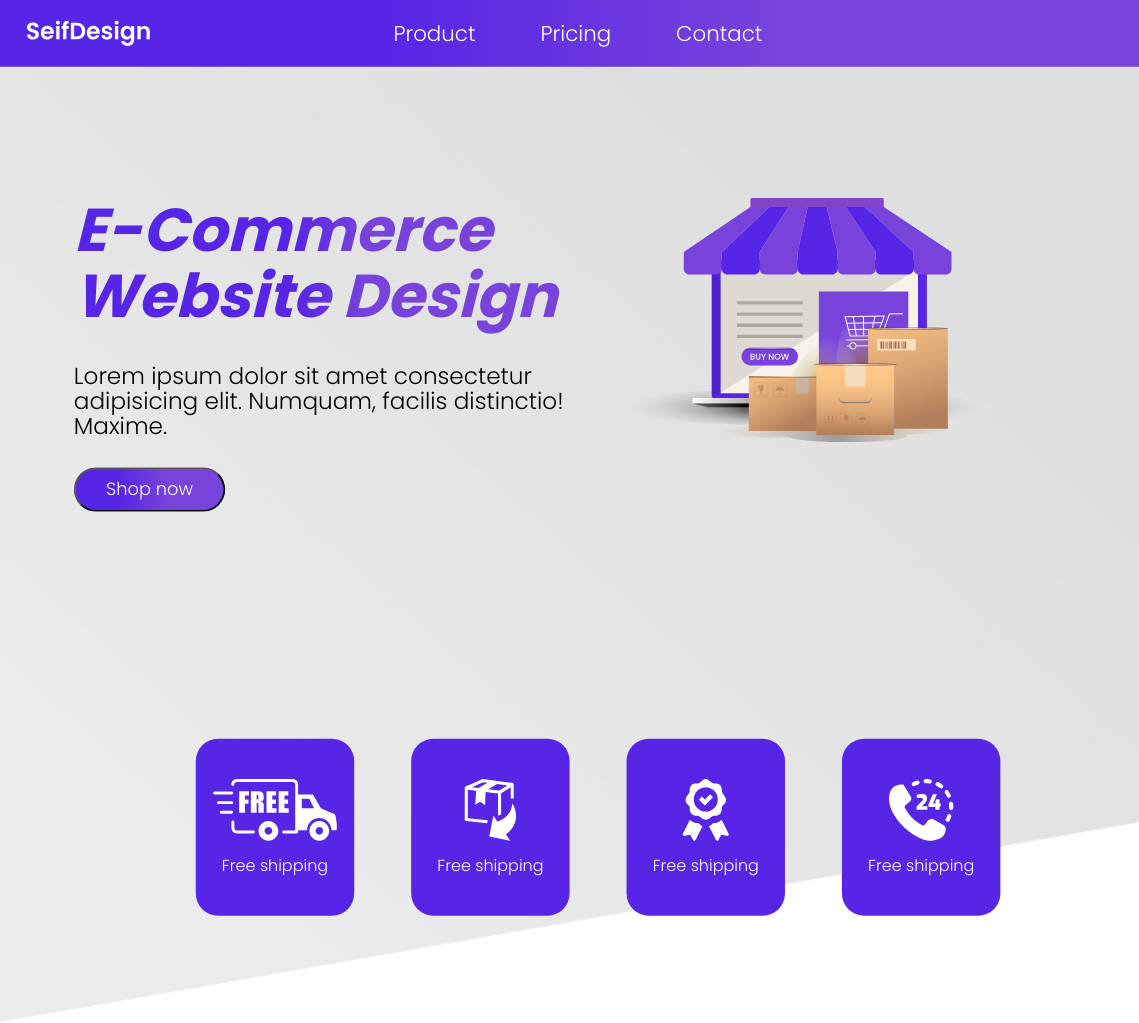
Repository: simralgasimov/newpage
Page: index.html
These files come from the project's save history. The page is drawn as it stood at one moment and after the next save; the edit follows.
The browser window is 1280 px wide. The pictures show the whole page, at 89% of full size.
The style sheet was rebuilt from its Sass, Less or Tailwind sources for each picture, by a compiler version that may differ from the author's.

Above is the page before, as saved 2023-12-13 14:51:05.
Not found: index.js

### index.html
<!DOCTYPE html>
<html lang="en">
  <head>
    <meta charset="UTF-8" />
    <meta name="viewport" content="width=device-width, initial-scale=1.0" />
    <title>Document</title>
    <link rel="stylesheet" href="./reset.css" />
    <link rel="stylesheet" href="./index.css" />
  </head>
  <body>
    <div class="container">
      <nav>
        <!-- <div class="logo"> -->
          <img class="logo-img" src=".//image/SeifDesign.svg" alt="" />
        <!-- </div> -->
        <ul>
          <li><a href="#">Product</a></li>
          <li><a href="#">Pricing</a></li>
          <li><a href="#">Contact</a></li>
        </ul>
        <div class="burgerMenu">
          <img src="./image/Frame 1.svg" alt="" />
        </div>
      </nav>
      <div class="shopPage">
        <div class="page-1">
          <div class="rightPage">
            <h1>E-Commerce Website Design</h1>
            <p>
              Lorem ipsum dolor sit amet consectetur adipisicing elit. Numquam,
              facilis distinctio! Maxime.
            </p>
            <button><a href="#">Shop now</a></button>
          </div>
          <div class="leftPage">
            <img src=".//image/Group (1).svg" alt="" />
          </div>
        </div>
        <div class="page-2">
          <ul>
            <li>
              <img src="./image/Group (2).svg" alt="" />
              <p>Free shipping</p>
            </li>

            <li>
              <img src="./image/Vector (1).svg" alt="" />
              <p>Free shipping</p>
            </li>
            <li>
              <img src="./image/Group (3).svg" alt="" />
              <p>Free shipping</p>
            </li>
            <li>
              <img src="./image/Vector (2).svg" alt="" />
              <p>Free shipping</p>
            </li>
          </ul>
        </div>
      </div>
    </div>

  </body>
  <script src="./index.js"></script>
</html>

### index.scss
@import url("https://fonts.googleapis.com/css2?family=Poppins:wght@300;700&display=swap");
* {
    margin: 0;
    padding: 0;
    box-sizing: border-box;
}
.container {
    background-image: url('./image/Rectangle\ 3.png');
    background-repeat: no-repeat;
    background-size: 100% 100%;
    /* padding: 16px 83px 33px 83px; */
    min-height: 100vh;
    width: 100%;
    /* background: linear-gradient(270deg, #7743db 31.64%, #5725e5 66.78%); */
    @media screen and (max-width: 1024px) {
        padding: 21px 21px;
    }
    nav {
        display: flex;
        align-items: center;
        background: linear-gradient(270deg, #7743DB 31.64%, #5725E5 66.78%);
        padding: 20px 30px;
        @media screen and (max-width: 1024px) {
            display: flex;
            justify-content: space-between;
        }
        .burgerMenu {
            display: none;
            @media screen and (max-width: 1024px) {
                display: block;
            }
        }
        .logo-img {
            width: 139px;

        }
        @media screen and (max-width: 1024px) {
            width: 97px;
        }
        ul {
            @media screen and (max-width: 1024px) {
                display: none;
            }
            display: flex;
            list-style-type: none;
            margin-left: 200px;

            li {
                margin-left: 73px;

                a {
                    text-decoration: none;
                    width: 98px;
                    height: 30px;
                    color: #fff;
                    text-align: center;
                    font-family: Poppins;
                    font-size: 24px;
                    font-style: normal;
                    font-weight: 300;
                    line-height: normal;
                }
            }
        }
    }
}
.shopPage {
    /* position: absolute; */

    /* // background-size: contain; */
    .page-1 {
        padding: 147px 164px 43px 83px;
        display: flex;
        justify-content: center;
        height: 874.5px;
        .rightPage {
            h1 {
                margin-bottom: 32px;
                width: 608px;
                height: 154px;
                font-family: Poppins;
                font-size: 68px;
                font-style: italic;
                font-weight: 700;
                line-height: 109%; /* 74.12px */
                background: linear-gradient(268deg, #7743db 46.2%, #5725e5 59.09%);
                background-clip: text;
                -webkit-background-clip: text;
                -webkit-text-fill-color: transparent;
            }
            p {
                width: 608px;
                color: #000;
                font-family: Poppins;
                font-size: 26px;
                font-style: normal;
                font-weight: 300;
                line-height: 109%;
            }
            button {
                margin-top: 32px;
                display: flex;
                width: 170px;
                height: 50px;
                padding: 0px 24px;
                justify-content: center;
                align-items: center;
                flex-shrink: 0;
                border-radius: 25px;
                background: linear-gradient(263deg, #7743db 38.81%, #5725e5 70.24%);
                a {
                    text-decoration: none;
                    color: #fff;
                    font-family: Poppins;
                    font-size: 20px;
                    font-style: normal;
                    font-weight: 400;
                    line-height: 109%; /* 21.8px */
                }
            }
        }
        .leftPage {
            img {
                width: 100%;
            }
        }
    }
    .page-2 {
        ul {
            display: flex;
            justify-content: center;

            li {
                margin-left: 64px;
                position: relative;

                bottom: 120px;

                display: flex;
                width: 178px;
                height: 199px;
                padding: 10px;
                flex-direction: column;
                justify-content: center;
                align-items: center;
                gap: 18px;
                flex-shrink: 0;
                border-radius: 25px;
                background: #5725e5;
                img {
                    width: 139.997px;
                    height: 70px;
                }
                p {
                    color: #fff;
                    text-align: center;
                    font-family: Poppins;
                    font-size: 18px;
                    font-style: normal;
                    font-weight: 400;
                    line-height: 109%; /* 19.62px */
                }
            }
        }
    }
}

Loaded but not shown: reset.css (common file)

After the next save:
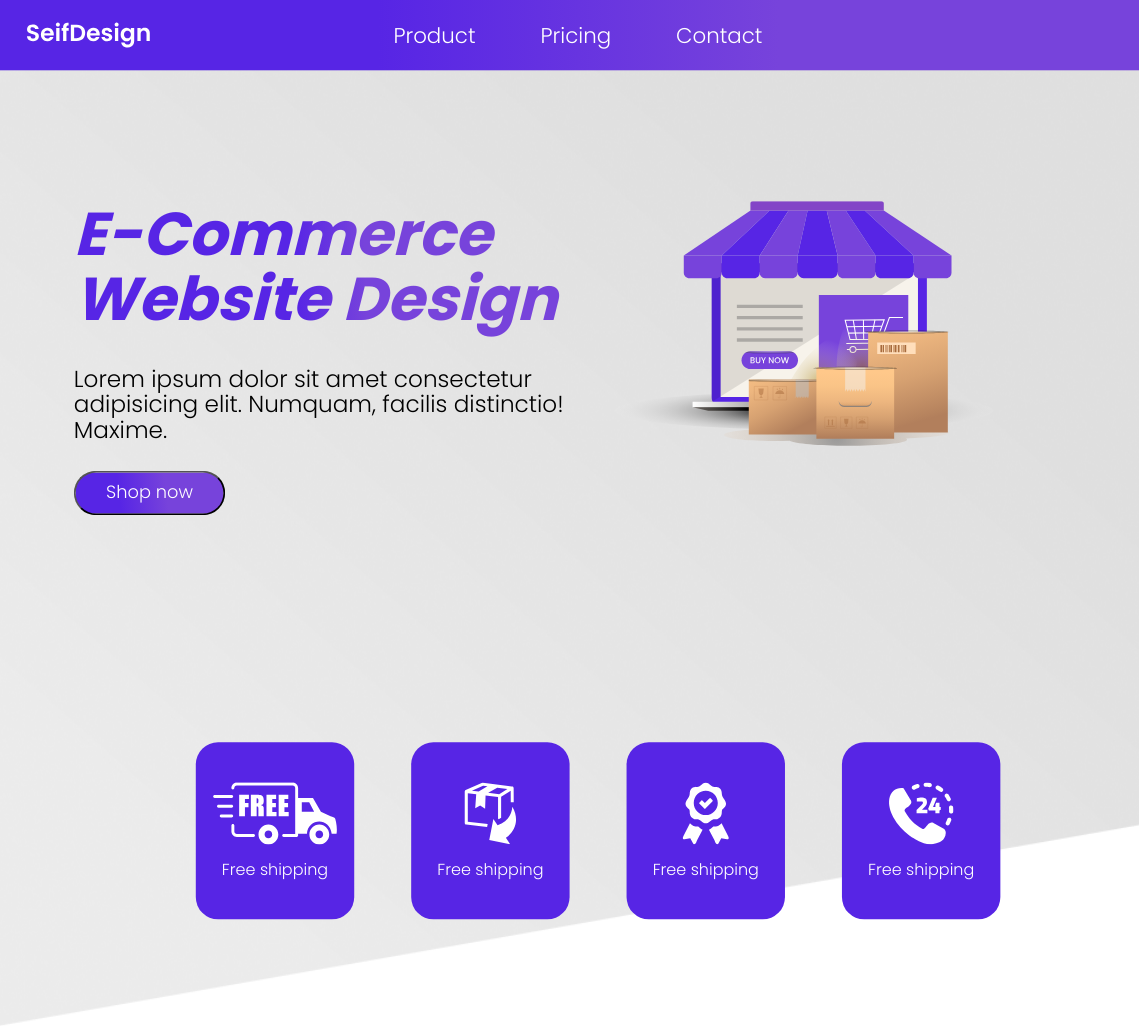
Saved 12 s later.
--- a/index.scss
+++ b/index.scss
@@ -32,7 +32,7 @@
         }
         .logo-img {
             width: 139px;
-
+            height: 39px;
         }
         @media screen and (max-width: 1024px) {
             width: 97px;
